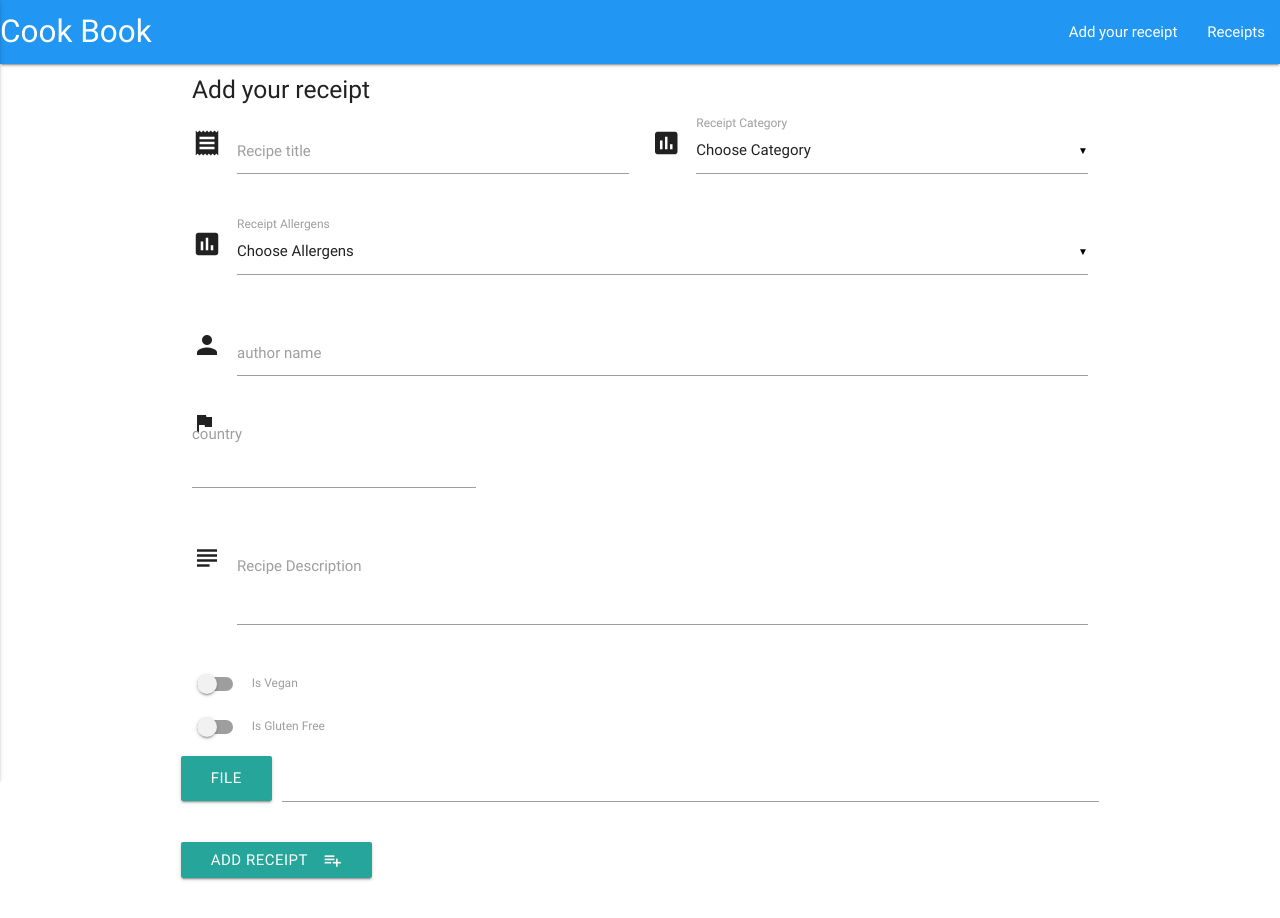
Repository: bbarbara19/cookbook
Page: http://localhost/add_receipt
The author's editor kept a record of every edit. The page is drawn from the files as they stood at one moment, then again after the next edit.
The browser window is 1280 px wide. The pictures show the whole page.
Some web libraries are served in a nearby version. The page is served by the project's application, run on Flask 3 (app.py). Queries for data that is not in the repository find no rows.

Above is the page before.

### templates/add_receipt.html
<!DOCTYPE html>
<html lang="en">
<head>
    <meta charset="UTF-8">
    <meta name="viewport" content="width=device-width, initial-scale=1.0">
    <meta http-equiv="X-UA-Compatible" content="ie=edge">
    <title>Cookbook</title>
    <!--Import Google Icon Font-->
    <link href="https://fonts.googleapis.com/icon?family=Material+Icons" rel="stylesheet">
    <!--Import materialize.css-->
    <link rel="stylesheet" href="https://cdnjs.cloudflare.com/ajax/libs/materialize/0.100.2/css/materialize.min.css">
    <!--Import Font Awesome -->
    <link rel="stylesheet" href="https://cdnjs.cloudflare.com/ajax/libs/font-awesome/4.7.0/css/font-awesome.min.css">
</head>
<body>
<!------header-------->
  <header class="navbar-fixed">
      <nav class="blue">
        <div class="nav-wrapper">
          <a href="#" class="brand-logo">Cook Book</a>
          <a href="#" data-activates="mobile-demo" class="button-collapse"><i class="material-icons">menu</i></a>
            <ul class="right hide-on-med-and-down">
              <li><a href="#">Add your receipt</a></li>
              <li><a href="#">Receipts</a></li>
            </ul>
            <ul class="side-nav" id="mobile-demo">
              <li><a href="#">Add your receipt</a></li>
              <li><a href="#">Receipts</a></li>
            </ul>
        </div>
      </nav>
  </header>
<!------/header-------->

<!------form add your receipt-------->
<section class="container">
    <h5>Add your receipt</h5>
    <div class="row">
        <form action="{{ url_for('insert_receipt') }}" method="POST"  class="col s12">
            <div class="row">
                    <div class="input-field col s6">
                        <i class="material-icons prefix">receipt</i>
                        <input id="receipt_name" name="receipt_name" type="text">
                        <label for="icon_prefix">Recipe title</label>
                    </div>
                    <div class="input-field col s6">
                        <i class="material-icons prefix">poll</i>
                        <select id="category_name" name="category_name">
                        <option value="" disabled selected>Choose Category</option>
                        {% for category in categories %}
                          <option value="{{category.category_name}}">{{category.category_name}}</option>
                        {% endfor %}
                        </select>
                        <label>Receipt Category</label>
                    </div>
            </div>
            <div class="row">
                    <div class="input-field col s12">
                        <i class="material-icons prefix">poll</i>
                        <select id="allergen" name="allergen">
                        <option value="" disabled selected>Choose Allergens</option>
                        {% for allergen in allergens %}
                          <option value="{{allergen.allergen_name}}">{{allergen.allergen_name}}</option>
                        {% endfor %}
                        </select>
                        <label>Receipt Allergens</label>
                    </div>
            </div>
            <div class="row">
                    <div class="input-field col s12">
                        <i class="material-icons prefix">person</i>
                        <input id="author" name="author" type="text">
                        <label for="icon_prefix">author name</label>
                    </div>
                    <div class="input-field col s4">
                        <i class="material-icons">flag</i>
                        <input id="country" name="country" type="text">
                        <label for="icon_prefix">country</label>
                    </div>
            </div>
             <div class="row">
                <div class="input-field col s12">
                    <i class="material-icons prefix">subject</i>
                    <textarea name="description" id="description" class="materialize-textarea"></textarea>
                    <label for="icon_telephone">Recipe Description</label>
                </div>
            </div>
            <div class="row">
                <div class="switch">
                    <label>
                      <input id="is_vegan" name="is_vegan" type="checkbox">
                      <span class="lever"></span>
                      Is Vegan
                    </label>
                </div>
            </div>
             <div class="row">
                <div class="switch">
                    <label>
                      <input id="is_glutenfree" name="is_glutenfree" type="checkbox">
                      <span class="lever"></span>
                      Is Gluten Free
                    </label>
                </div>
            </div>
            <div class="row">
                <div class="file-field input-field">
                    <div class="btn">
                       <span>File</span>
                       <input type="file">
                    </div>
                    <div class="file-path-wrapper">
                       <input class="file-path validate" type="text">
                    </div>
                </div>
            </div>
            <div class="row">
                <button class="btn waves-effect waves-light" type="submit" name="action">Add Receipt
                    <i class="material-icons right">playlist_add</i>
                 </button>
            </div>
        </form>
    </div>
</section>
<!------form add your receipt-------->
<!--Import jQuery-->
  <script src="https://cdnjs.cloudflare.com/ajax/libs/jquery/3.2.1/jquery.min.js"></script>

<!-- Compiled and minified JavaScript -->
<script src="https://cdnjs.cloudflare.com/ajax/libs/materialize/0.100.2/js/materialize.min.js"></script>

<!-- Materialize component initialization -->
<script type="text/javascript">
    $(document).ready(function(){
      $('.collapsible').collapsible();
      $(".dropdown-button").dropdown();
      $(".button-collapse").sideNav();
      $('.carousel.carousel-slider').carousel({fullWidth: true});
      $('.slider').slider();
      $('select').material_select();
      $('.datepicker').pickadate({
            selectMonths: true, // Creates a dropdown to control month
            selectYears: 15, // Creates a dropdown of 15 years to control year,
            today: 'Today',
            clear: 'Clear',
            close: 'Ok',
            closeOnSelect: false // Close upon selecting a date,
        });

    });
</script>

</body>
</html>

### app.py
import os
from flask import Flask, render_template, redirect, request, url_for
from flask_pymongo import PyMongo
from bson.objectid import ObjectId

app = Flask(__name__)
app.config["MONGO_DBNAME"] = 'receipt_book'
app.config["MONGO_URI"] = 'mongodb+srv://mongouser:bbmongo20@myfirstcluster-km3xj.mongodb.net/receipt_book?retryWrites=true&w=majority'
mongo = PyMongo(app)


@app.route('/')
@app.route('/get_receipts')
def get_receipts():
    return render_template("receipts.html", receipts=mongo.db.receipts.find())

@app.route('/add_receipt')
def add_receipt():
    return render_template('add_receipt.html',
                           categories=mongo.db.categories.find(),
                           allergens=mongo.db.allergens.find())

@app.route('/insert_receipt', methods=['POST'])
def insert_receipt():
    receipts = mongo.db.receipts
    receipts.insert_one(request.form.to_dict())
    return redirect(url_for('get_receipts'))

if __name__ == '__main__':
    app.run(host=os.environ.get('IP'),
            port=int(os.environ.get('PORT')),
            debug=True)

After the next edit:
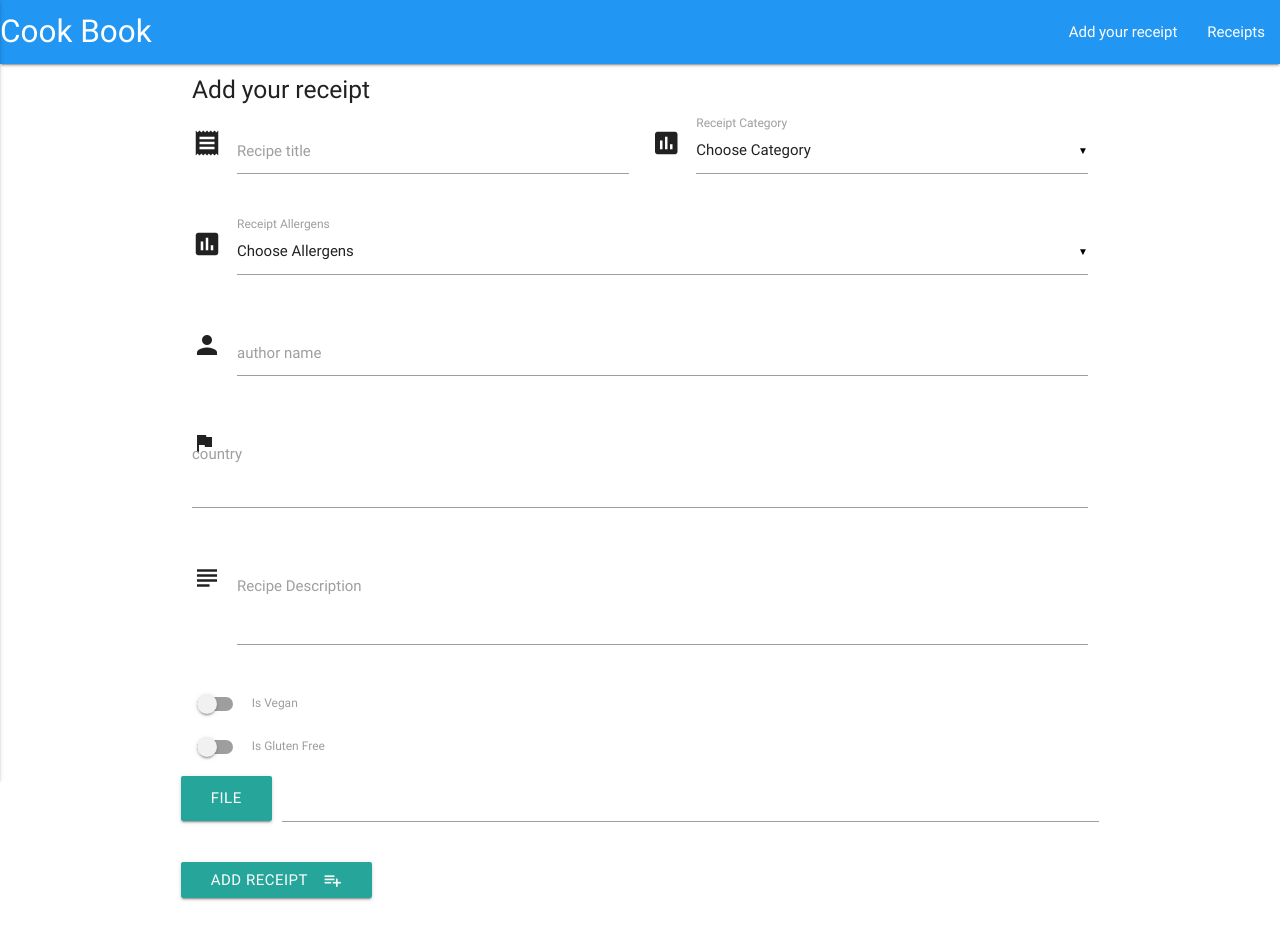
The edit:
--- a/templates/add_receipt.html
+++ b/templates/add_receipt.html
@@ -72,7 +72,9 @@
                         <input id="author" name="author" type="text">
                         <label for="icon_prefix">author name</label>
                     </div>
-                    <div class="input-field col s4">
+            </div>
+            <div class="row">
+                    <div class="input-field col s12">
                         <i class="material-icons">flag</i>
                         <input id="country" name="country" type="text">
                         <label for="icon_prefix">country</label>
